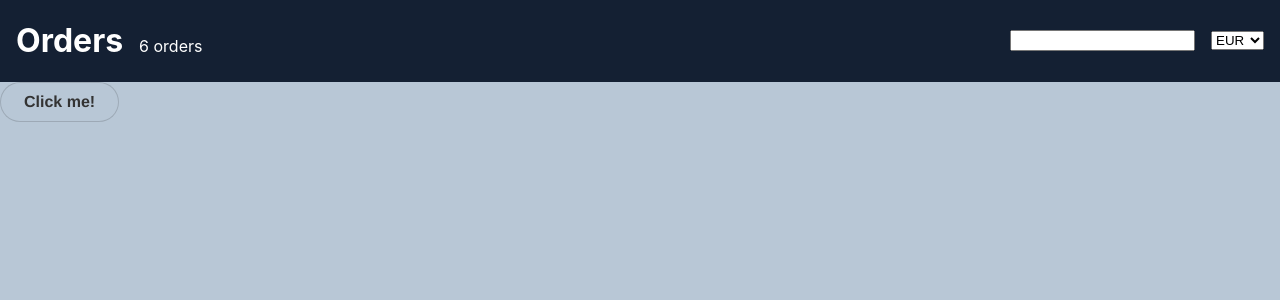
Repository: PreetiToppo/Assignment_Question_1
Page: /
These files come from the project's save history. The page is drawn as it stood at one moment and after the next save; the edit follows.
The browser window is 1280 px wide. The pictures show the whole page.
The project was rebuilt for these pictures with package versions that can differ from the ones it lists, and the page was loaded fresh each time. Also part of the build but not shown: src/component/list/ListRow.module.css, src/component/list/ListRow.jsx, src/component/list/ListRowCell.module.css, src/component/list/ListRowCell.jsx, src/component/list/ListHeader.jsx, src/component/list/ListHeaderCell.module.css, src/component/list/ListHeaderCell.jsx, src/component/list/List.module.css and 3 more.

Above is the page before, as saved 2023-08-06 14:44:41.

### src/pages/Dashboard.jsx
import { useState } from "react";

// Data
import mockData from "../assets/data.json";
import timestamps from "../assets/timeStamps.json";

// Components
import Dropdown from "../component/dropdown/Dropdown";
import HeaderTitle from "../component/header-title/HeaderTitle";
import Search from "../component/search/Search";
import List from "../component/list/List";
import StoryBookButton from "../stories/Button";

// Styles
import styles from "./Dashboard.module.css";
import Card from "../component/card/Card";

const Dashboard = () => {
  const [currency, setCurrency] = useState("EUR");
  const [searchText, setSearchText] = useState("");
  const [selectedOrder, setSelectedOrder] = useState(null);
  const [selectedOrderDetails, setSelectedOrderDetails] = useState({});
  const [selectedOrderTimeStamps, setSelectedOrderTimeStamps] = useState({});
  const [showPage, setShowPage] = useState(false);

  const mergedData = mockData.results.map((order, index) => {
    const timestampsData = timestamps.results[index]?.timestamps;
    if (timestampsData) {
      return { ...order, timestamps: timestampsData };
    }
    return order;
  });

  const handleClick = (order) => {
    setSelectedOrder(order);
    setSelectedOrderDetails({
      buySellIndicator: order.executionDetails.buySellIndicator,
      orderStatus: order.executionDetails.orderStatus,
      orderType: order.executionDetails.orderType,
    });

    setSelectedOrderTimeStamps({
      orderReceived: order.timestamps.orderReceived,
      orderStatusUpdated: order.timestamps.orderStatusUpdated,
      orderSubmitted: order.timestamps.orderSubmitted,
    });
  };

  const messageComponent = () => {
    alert("Hello World!");
    setShowPage(!showPage);
  };

  return (
    <div>
      <div className={styles.header}>
        <HeaderTitle
          primaryTitle="Orders"
          secondaryTitle={`${mockData.results.length}
          orders`}
        />
        <div className={styles.actionBox}>
          <Search
            value={searchText}
            onChange={(e) => setSearchText(e.target.value)}
          />
          <Dropdown
            options={[
              "GBP",
              "USD",
              "JPY",
              "EUR",
              "AUD",
              "BGN",
              "BRL",
              "CAD",
              "CHF",
              "CNY",
              "DKK",
              "HKD",
              "HRK",
              "HUF",
              "IDR",
              "ILS",
              "KRW",
              "MXN",
              "MYR",
              "NOL",
              "NZD",
              "PHP",
              "PLN",
              "RON",
              "SEK",
              "SGD",
              "THB",
              "TRY",
              "ZAR",
            ]}
            onChange={(e) => setCurrency(e.target.value)}
            selectedItem={currency}
          />
        </div>
      </div>
      {showPage ? (
        <div className={styles.content}>
          <div className={styles.section}>
            {selectedOrder && (
              <>
                <Card
                  cardData={selectedOrderDetails}
                  title="Selected Order Details"
                />
                <Card
                  cardData={selectedOrderTimeStamps}
                  title="Selected Order Timestamps"
                />
              </>
            )}
          </div>
          <List
            rows={mergedData}
            currency={currency}
            search={searchText}
            onItemClick={handleClick}
          />
        </div>
      ) : (
        <StoryBookButton
          primary={false}
          size="large"
          label="Click me!"
          onClick={messageComponent}
        />
      )}
    </div>
  );
};

export default Dashboard;

### src/assets/data.json
{
  "header": {
    "returnedHits": 6,
    "totalHits": 151839,
    "skippedHits": 0,
    "previousSearchBefore": null,
    "nextSearchAfter": "WzE2Njc1NzU1NjAwMDBd",
    "offset": null
  },
  "results": [
    {
      "&hash": "f29403974dbdc9ce054b879d572610359a9f3d2d2531df63df8233a2ea879c78",
      "&id": "SE|20221104|179|9:1:NEWO",
      "&key": "Order:SE|20221104|179|9:1:NEWO:1667901986951",
      "&model": "Order",
      "executionDetails": {
        "buySellIndicator": "BUYI",
        "orderStatus": "NEWO",
        "orderType": "Market"
      },
      "statsDetails": {
        "avgVsArrivalPrice": 0.0,
        "avgArrivalPrice": 0.0,
        "avgVsMktPrice": 0.0,
        "avgMktPrice": 0.0,
        "avgVsBidAskSpread": 0.0,
        "avgBidAskSpread": 0.0,
        "avgVsClosePrice": 0.0,
        "avgClosePrice": 0.0,
        "avgVsInternalTwap": 0.0,
        "avgInternalTwap": 0.0,
        "avgVsInternalVwap": 0.0,
        "avgInternalVwap": 0.0,
        "avgVsMidPrice": 0.0,
        "avgMidPrice": 0.0,
        "avgVsMovingVwap": 0.0,
        "avgMovingVwap": 0.0,
        "avgVsTouchPrice": 0.0,
        "avgTouchPrice": 0.0,
        "avgVsOpenPrice": 0.0,
        "avgOpenPrice": 0.0,
        "avgVsVwap": 0.0,
        "avgVwap": 0.0,
        "avgPrice": 91.369091993762,
        "tradedQuantity": 195875.0,
        "amends": 0,
        "fills": 1,
        "lifeCycle": 1,
        "lastFillTime": 1667575741000
      },
      "bestExecutionData": {
        "orderVolume": {
          "AUD": 27757268.61955961,
          "BGN": 35456642.91433263,
          "BRL": 90068357.36117567,
          "CAD": 24203990.159998715,
          "CHF": 17880604.819718923,
          "CNY": 128523532.2000561,
          "CZK": 442745747.64998025,
          "DKK": 134913994.73574597,
          "EUR": 18128971.732453536,
          "GBP": 15858861.892115705,
          "HKD": 140486840.6463022,
          "HRK": 136607240.69555715,
          "HUF": 7272437010.473736,
          "IDR": 280850585574.541,
          "ILS": 63569239.379848324,
          "INR": 1468809289.7633855,
          "JPY": 2632145405.834929,
          "KRW": 25338863790.45031,
          "MXN": 349183937.43596077,
          "MYR": 84974116.30435622,
          "NOK": 184949956.71731773,
          "NZD": 30400472.698151335,
          "PHP": 1045534057.7540603,
          "PLN": 84888910.13721369,
          "RON": 88637981.49148509,
          "SEK": 196768233.3897042,
          "SGD": 25182954.633551206,
          "THB": 669067830.7579302,
          "TRY": 333292080.815292,
          "USD": 17896920.89427813,
          "ZAR": 322664877.5857278
        }
      },
      "transactionDetails": {
        "buySellIndicator": "BUYI",
        "priceCurrency": "USD",
        "priceNotation": "MONE",
        "quantityCurrency": "USD",
        "quantityNotation": "UNIT",
        "tradingCapacity": "AOTC",
        "ultimateVenue": "XNGS",
        "venue": "XNGS"
      }
    },
    {
      "&hash": "f29403974dbdc9ce054b879d572610359a9f3d2d2531df63df8233a2ea879c78",
      "&id": "SE|20221104|180|9:1:NEWO",
      "&key": "Order:SE|20221104|180|9:1:NEWO:1667901986951",
      "&model": "Order",
      "executionDetails": {
        "buySellIndicator": "BUYI",
        "orderStatus": "NEWO",
        "orderType": "Market"
      },
      "statsDetails": {
        "avgVsArrivalPrice": 0.0,
        "avgArrivalPrice": 0.0,
        "avgVsMktPrice": 0.0,
        "avgMktPrice": 0.0,
        "avgVsBidAskSpread": 0.0,
        "avgBidAskSpread": 0.0,
        "avgVsClosePrice": 0.0,
        "avgClosePrice": 0.0,
        "avgVsInternalTwap": 0.0,
        "avgInternalTwap": 0.0,
        "avgVsInternalVwap": 0.0,
        "avgInternalVwap": 0.0,
        "avgVsMidPrice": 0.0,
        "avgMidPrice": 0.0,
        "avgVsMovingVwap": 0.0,
        "avgMovingVwap": 0.0,
        "avgVsTouchPrice": 0.0,
        "avgTouchPrice": 0.0,
        "avgVsOpenPrice": 0.0,
        "avgOpenPrice": 0.0,
        "avgVsVwap": 0.0,
        "avgVwap": 0.0,
        "avgPrice": 91.369091993762,
        "tradedQuantity": 195875.0,
        "amends": 0,
        "fills": 1,
        "lifeCycle": 1,
        "lastFillTime": 1667575741000
      },
      "bestExecutionData": {
        "orderVolume": {
          "AUD": 27757268.61955961,
          "BGN": 35456642.91433263,
          "BRL": 90068357.36117567,
          "CAD": 24203990.159998715,
          "CHF": 17880604.819718923,
          "CNY": 128523532.2000561,
          "CZK": 442745747.64998025,
          "DKK": 134913994.73574597,
          "EUR": 18128971.732453536,
          "GBP": 15858861.892115705,
          "HKD": 140486840.6463022,
          "HRK": 136607240.69555715,
          "HUF": 7272437010.473736,
          "IDR": 280850585574.541,
          "ILS": 63569239.379848324,
          "INR": 1468809289.7633855,
          "JPY": 2632145405.834929,
          "KRW": 25338863790.45031,
          "MXN": 349183937.43596077,
          "MYR": 84974116.30435622,
          "NOK": 184949956.71731773,
          "NZD": 30400472.698151335,
          "PHP": 1045534057.7540603,
          "PLN": 84888910.13721369,
          "RON": 88637981.49148509,
          "SEK": 196768233.3897042,
          "SGD": 25182954.633551206,
          "THB": 669067830.7579302,
          "TRY": 333292080.815292,
          "USD": 17896920.89427813,
          "ZAR": 322664877.5857278
        }
      },
      "transactionDetails": {
        "buySellIndicator": "BUYI",
        "priceCurrency": "USD",
        "priceNotation": "MONE",
        "quantityCurrency": "USD",
        "quantityNotation": "UNIT",
        "tradingCapacity": "AOTC",
        "ultimateVenue": "XNGS",
        "venue": "XNGS"
      }
    },
    {
      "&hash": "f29403974dbdc9ce054b879d572610359a9f3d2d2531df63df8233a2ea879c78",
      "&id": "SE|20221104|181|9:1:NEWO",
      "&key": "Order:SE|20221104|181|9:1:NEWO:1667901986951",
      "&model": "Order",
      "executionDetails": {
        "buySellIndicator": "BUYI",
        "orderStatus": "NEWO",
        "orderType": "Market"
      },
      "statsDetails": {
        "avgVsArrivalPrice": 0.0,
        "avgArrivalPrice": 0.0,
        "avgVsMktPrice": 0.0,
        "avgMktPrice": 0.0,
        "avgVsBidAskSpread": 0.0,
        "avgBidAskSpread": 0.0,
        "avgVsClosePrice": 0.0,
        "avgClosePrice": 0.0,
        "avgVsInternalTwap": 0.0,
        "avgInternalTwap": 0.0,
        "avgVsInternalVwap": 0.0,
        "avgInternalVwap": 0.0,
        "avgVsMidPrice": 0.0,
        "avgMidPrice": 0.0,
        "avgVsMovingVwap": 0.0,
        "avgMovingVwap": 0.0,
        "avgVsTouchPrice": 0.0,
        "avgTouchPrice": 0.0,
        "avgVsOpenPrice": 0.0,
        "avgOpenPrice": 0.0,
        "avgVsVwap": 0.0,
        "avgVwap": 0.0,
        "avgPrice": 91.369091993762,
        "tradedQuantity": 195875.0,
        "amends": 0,
        "fills": 1,
        "lifeCycle": 1,
        "lastFillTime": 1667575741000
      },
      "bestExecutionData": {
        "orderVolume": {
          "AUD": 27757268.61955961,
          "BGN": 35456642.91433263,
          "BRL": 90068357.36117567,
          "CAD": 24203990.159998715,
          "CHF": 17880604.819718923,
          "CNY": 128523532.2000561,
          "CZK": 442745747.64998025,
          "DKK": 134913994.73574597,
          "EUR": 18128971.732453536,
          "GBP": 15858861.892115705,
          "HKD": 140486840.6463022,
          "HRK": 136607240.69555715,
          "HUF": 7272437010.473736,
          "IDR": 280850585574.541,
          "ILS": 63569239.379848324,
          "INR": 1468809289.7633855,
          "JPY": 2632145405.834929,
          "KRW": 25338863790.45031,
          "MXN": 349183937.43596077,
          "MYR": 84974116.30435622,
          "NOK": 184949956.71731773,
          "NZD": 30400472.698151335,
          "PHP": 1045534057.7540603,
          "PLN": 84888910.13721369,
          "RON": 88637981.49148509,
          "SEK": 196768233.3897042,
          "SGD": 25182954.633551206,
          "THB": 669067830.7579302,
          "TRY": 333292080.815292,
          "USD": 17896920.89427813,
          "ZAR": 322664877.5857278
        }
      },
      "transactionDetails": {
        "buySellIndicator": "BUYI",
        "priceCurrency": "USD",
        "priceNotation": "MONE",
        "quantityCurrency": "USD",
        "quantityNotation": "UNIT",
        "tradingCapacity": "AOTC",
        "ultimateVenue": "XNGS",
        "venue": "XNGS"
      }
    },
    {
      "&hash": "f29403974dbdc9ce054b879d572610359a9f3d2d2531df63df8233a2ea879c78",
      "&id": "SE|20221104|182|9:1:NEWO",
      "&key": "Order:SE|20221104|182|9:1:NEWO:1667901986951",
      "&model": "Order",
      "executionDetails": {
        "buySellIndicator": "BUYI",
        "orderStatus": "NEWO",
        "orderType": "Market"
      },
      "statsDetails": {
        "avgVsArrivalPrice": 0.0,
        "avgArrivalPrice": 0.0,
        "avgVsMktPrice": 0.0,
        "avgMktPrice": 0.0,
        "avgVsBidAskSpread": 0.0,
        "avgBidAskSpread": 0.0,
        "avgVsClosePrice": 0.0,
        "avgClosePrice": 0.0,
        "avgVsInternalTwap": 0.0,
        "avgInternalTwap": 0.0,
        "avgVsInternalVwap": 0.0,
        "avgInternalVwap": 0.0,
        "avgVsMidPrice": 0.0,
        "avgMidPrice": 0.0,
        "avgVsMovingVwap": 0.0,
        "avgMovingVwap": 0.0,
        "avgVsTouchPrice": 0.0,
        "avgTouchPrice": 0.0,
        "avgVsOpenPrice": 0.0,
        "avgOpenPrice": 0.0,
        "avgVsVwap": 0.0,
        "avgVwap": 0.0,
        "avgPrice": 91.369091993762,
        "tradedQuantity": 195875.0,
        "amends": 0,
        "fills": 1,
        "lifeCycle": 1,
        "lastFillTime": 1667575741000
      },
      "bestExecutionData": {
        "orderVolume": {
          "AUD": 27757268.61955961,
          "BGN": 35456642.91433263,
          "BRL": 90068357.36117567,
          "CAD": 24203990.159998715,
          "CHF": 17880604.819718923,
          "CNY": 128523532.2000561,
          "CZK": 442745747.64998025,
          "DKK": 134913994.73574597,
          "EUR": 18128971.732453536,
          "GBP": 15858861.892115705,
          "HKD": 140486840.6463022,
          "HRK": 136607240.69555715,
          "HUF": 7272437010.473736,
          "IDR": 280850585574.541,
          "ILS": 63569239.379848324,
          "INR": 1468809289.7633855,
          "JPY": 2632145405.834929,
          "KRW": 25338863790.45031,
          "MXN": 349183937.43596077,
          "MYR": 84974116.30435622,
          "NOK": 184949956.71731773,
          "NZD": 30400472.698151335,
          "PHP": 1045534057.7540603,
          "PLN": 84888910.13721369,
          "RON": 88637981.49148509,
          "SEK": 196768233.3897042,
          "SGD": 25182954.633551206,
          "THB": 669067830.7579302,
          "TRY": 333292080.815292,
          "USD": 17896920.89427813,
          "ZAR": 322664877.5857278
        }
      },
      "transactionDetails": {
        "buySellIndicator": "BUYI",
        "priceCurrency": "USD",
        "priceNotation": "MONE",
        "quantityCurrency": "USD",
        "quantityNotation": "UNIT",
        "tradingCapacity": "AOTC",
        "ultimateVenue": "XNGS",
        "venue": "XNGS"
      }
    },
    {
      "&hash": "f29403974dbdc9ce054b879d572610359a9f3d2d2531df63df8233a2ea879c78",
      "&id": "SE|20221104|183|9:1:NEWO",
      "&key": "Order:SE|20221104|183|9:1:NEWO:1667901986951",
      "&model": "Order",
      "executionDetails": {
        "buySellIndicator": "BUYI",
        "orderStatus": "NEWO",
        "orderType": "Market"
      },
      "statsDetails": {
        "avgVsArrivalPrice": 0.0,
        "avgArrivalPrice": 0.0,
        "avgVsMktPrice": 0.0,
        "avgMktPrice": 0.0,
        "avgVsBidAskSpread": 0.0,
        "avgBidAskSpread": 0.0,
        "avgVsClosePrice": 0.0,
        "avgClosePrice": 0.0,
        "avgVsInternalTwap": 0.0,
        "avgInternalTwap": 0.0,
        "avgVsInternalVwap": 0.0,
        "avgInternalVwap": 0.0,
        "avgVsMidPrice": 0.0,
        "avgMidPrice": 0.0,
        "avgVsMovingVwap": 0.0,
        "avgMovingVwap": 0.0,
        "avgVsTouchPrice": 0.0,
        "avgTouchPrice": 0.0,
        "avgVsOpenPrice": 0.0,
        "avgOpenPrice": 0.0,
        "avgVsVwap": 0.0,
        "avgVwap": 0.0,
        "avgPrice": 91.369091993762,
        "tradedQuantity": 195875.0,
        "amends": 0,
        "fills": 1,
        "lifeCycle": 1,
        "lastFillTime": 1667575741000
      },
      "bestExecutionData": {
        "orderVolume": {
          "AUD": 27757268.61955961,
          "BGN": 35456642.91433263,
          "BRL": 90068357.36117567,
          "CAD": 24203990.159998715,
          "CHF": 17880604.819718923,
          "CNY": 128523532.2000561,
          "CZK": 442745747.64998025,
          "DKK": 134913994.73574597,
          "EUR": 18128971.732453536,
          "GBP": 15858861.892115705,
          "HKD": 140486840.6463022,
          "HRK": 136607240.69555715,
          "HUF": 7272437010.473736,
          "IDR": 280850585574.541,
          "ILS": 63569239.379848324,
          "INR": 1468809289.7633855,
          "JPY": 2632145405.834929,
          "KRW": 25338863790.45031,
          "MXN": 349183937.43596077,
          "MYR": 84974116.30435622,
          "NOK": 184949956.71731773,
          "NZD": 30400472.698151335,
          "PHP": 1045534057.7540603,
          "PLN": 84888910.13721369,
          "RON": 88637981.49148509,
          "SEK": 196768233.3897042,
          "SGD": 25182954.633551206,
          "THB": 669067830.7579302,
          "TRY": 333292080.815292,
          "USD": 17896920.89427813,
          "ZAR": 322664877.5857278
        }
      },
      "transactionDetails": {
        "buySellIndicator": "BUYI",
        "priceCurrency": "USD",
        "priceNotation": "MONE",
        "quantityCurrency": "USD",
        "quantityNotation": "UNIT",
        "tradingCapacity": "AOTC",
        "ultimateVenue": "XNGS",
        "venue": "XNGS"
      }
    },
    {
      "&hash": "f29403974dbdc9ce054b879d572610359a9f3d2d2531df63df8233a2ea879c78",
      "&id": "SE|202211454|184|9:1:NEWO",
      "&key": "Order:SE|20221104|184|9:1:NEWO:1667901986951",
      "&model": "Order",
      "executionDetails": {
        "buySellIndicator": "SELL",
        "orderStatus": "NEWO",
        "orderType": "Market"
      },
      "statsDetails": {
        "avgVsArrivalPrice": 0.0,
        "avgArrivalPrice": 0.0,
        "avgVsMktPrice": 0.0,
        "avgMktPrice": 0.0,
        "avgVsBidAskSpread": 0.0,
        "avgBidAskSpread": 0.0,
        "avgVsClosePrice": 0.0,
        "avgClosePrice": 0.0,
        "avgVsInternalTwap": 0.0,
        "avgInternalTwap": 0.0,
        "avgVsInternalVwap": 0.0,
        "avgInternalVwap": 0.0,
        "avgVsMidPrice": 0.0,
        "avgMidPrice": 0.0,
        "avgVsMovingVwap": 0.0,
        "avgMovingVwap": 0.0,
        "avgVsTouchPrice": 0.0,
        "avgTouchPrice": 0.0,
        "avgVsOpenPrice": 0.0,
        "avgOpenPrice": 0.0,
        "avgVsVwap": 0.0,
        "avgVwap": 0.0,
        "avgPrice": 91.369091993762,
        "tradedQuantity": 195875.0,
        "amends": 0,
        "fills": 1,
        "lifeCycle": 1,
        "lastFillTime": 1667575741000
      },
      "bestExecutionData": {
        "orderVolume": {
          "AUD": 27757268.61955961,
          "BGN": 35456642.91433263,
          "BRL": 90068357.36117567,
          "CAD": 24203990.159998715,
          "CHF": 17880604.819718923,
          "CNY": 128523532.2000561,
          "CZK": 442745747.64998025,
          "DKK": 134913994.73574597,
          "EUR": 18128971.732453536,
          "GBP": 15858861.892115705,
          "HKD": 140486840.6463022,
          "HRK": 136607240.69555715,
          "HUF": 7272437010.473736,
          "IDR": 280850585574.541,
          "ILS": 63569239.379848324,
          "INR": 1468809289.7633855,
          "JPY": 2632145405.834929,
          "KRW": 25338863790.45031,
          "MXN": 349183937.43596077,
          "MYR": 84974116.30435622,
          "NOK": 184949956.71731773,
          "NZD": 30400472.698151335,
          "PHP": 1045534057.7540603,
          "PLN": 84888910.13721369,
          "RON": 88637981.49148509,
          "SEK": 196768233.3897042,
          "SGD": 25182954.633551206,
          "THB": 669067830.7579302,
          "TRY": 333292080.815292,
          "USD": 17896920.89427813,
          "ZAR": 322664877.5857278
        }
      },
      "transactionDetails": {
        "buySellIndicator": "BUYI",
        "priceCurrency": "USD",
        "priceNotation": "MONE",
        "quantityCurrency": "USD",
        "quantityNotation": "UNIT",
        "tradingCapacity": "AOTC",
        "ultimateVenue": "XNGS",
        "venue": "XNGS"
      }
    }
  ]
}

### src/assets/timeStamps.json
{
  "results": [
    {
      "&id": "SE|20221104|179|9:1:NEWO",
      "timestamps": {
        "orderReceived": "2022-11-04T15:29:00Z",
        "orderStatusUpdated": "2022-11-04T15:29:00Z",
        "orderSubmitted": "2022-11-04T15:29:00Z"
      }
    },
    {
      "&id": "SE|20221104|180|9:1:NEWO",
      "timestamps": {
        "orderReceived": "2022-11-04T15:29:00Z",
        "orderStatusUpdated": "2022-11-04T15:29:00Z",
        "orderSubmitted": "2022-11-04T15:29:00Z"
      }
    },
    {
      "&id": "SE|20221104|181|9:1:NEWO",
      "timestamps": {
        "orderReceived": "2022-11-04T15:29:00Z",
        "orderStatusUpdated": "2022-11-04T15:29:00Z",
        "orderSubmitted": "2022-11-04T15:29:00Z"
      }
    },
    {
      "&id": "SE|20221104|182|9:1:NEWO",
      "timestamps": {
        "orderReceived": "2022-11-04T15:29:00Z",
        "orderStatusUpdated": "2022-11-04T15:29:00Z",
        "orderSubmitted": "2022-11-04T15:29:00Z"
      }
    },
    {
      "&id": "SE|20221104|183|9:1:NEWO",
      "timestamps": {
        "orderReceived": "2022-11-04T15:29:00Z",
        "orderStatusUpdated": "2022-11-04T15:29:00Z",
        "orderSubmitted": "2022-11-04T15:29:00Z"
      }
    },
    {
      "&id": "SE|202211454|184|9:1:NEWO",
      "timestamps": {
        "orderReceived": "2022-11-04T15:29:00Z",
        "orderStatusUpdated": "2022-11-04T15:29:00Z",
        "orderSubmitted": "2022-11-04T15:29:00Z"
      }
    }
  ]
}

### src/component/dropdown/Dropdown.jsx
const Dropdown = ({ options, onChange, selectedItem }) => {
  return (
    <select
      name="currency"
      id="currency"
      value={selectedItem}
      onChange={onChange}
    >
      {options.map((option) => (
        <option value={option} key={option}>
          {option}
        </option>
      ))}
    </select>
  );
};

export default Dropdown;

### src/component/search/Search.jsx
const Search = ({ searchText, onChange }) => {
  return <input type="text" value={searchText} onChange={onChange} />
}

export default Search

### src/stories/Button.jsx
import React from "react";
import PropTypes from "prop-types";
import "./button.css";

/**
 * Primary UI component for user interaction
 */
export const Button = ({ primary, backgroundColor, size, label, ...props }) => {
  const mode = primary
    ? "storybook-button--primary"
    : "storybook-button--secondary";
  return (
    <button
      type="button"
      className={["storybook-button", `storybook-button--${size}`, mode].join(
        " "
      )}
      style={backgroundColor && { backgroundColor }}
      {...props}
    >
      {label}
    </button>
  );
};

Button.propTypes = {
  /**
   * Is this the principal call to action on the page?
   */
  primary: PropTypes.bool,
  /**
   * What background color to use
   */
  backgroundColor: PropTypes.string,
  /**
   * How large should the button be?
   */
  size: PropTypes.oneOf(["small", "medium", "large"]),
  /**
   * Button contents
   */
  label: PropTypes.string.isRequired,
  /**
   * Optional click handler
   */
  onClick: PropTypes.func,
};

Button.defaultProps = {
  backgroundColor: null,
  primary: false,
  size: "medium",
  onClick: undefined,
};

export default Button;

### src/pages/Dashboard.module.css
.header {
  display: flex;
  padding: 0 1em;
  background-color: #142033;
  color: white;
  justify-content: space-between;
}

.actionBox {
  display: flex;
  justify-content: center;
  align-items: center;
  gap: 1em;
}

.content {
  display: flex;
  flex-direction: column;
  background-color: rgb(184, 199, 214);
  gap: 1em;
  margin: 1em;
}

.section {
  display: flex;
  flex-direction: row;
  gap: 1em;
}

.toggleButton {
  display: flex;
  justify-content: center;
  align-items: center;
  margin: 20% 20%;
}

Loaded but not shown: public/index.html (common file); src/index.js (common file); src/App.js (common file); src/reportWebVitals.js (common file); src/index.css (common file); src/component/header-title/HeaderTitle.jsx (common file); src/component/header-title/HeaderTitle.module.css (common file); src/stories/button.css (common file)

After the next save:
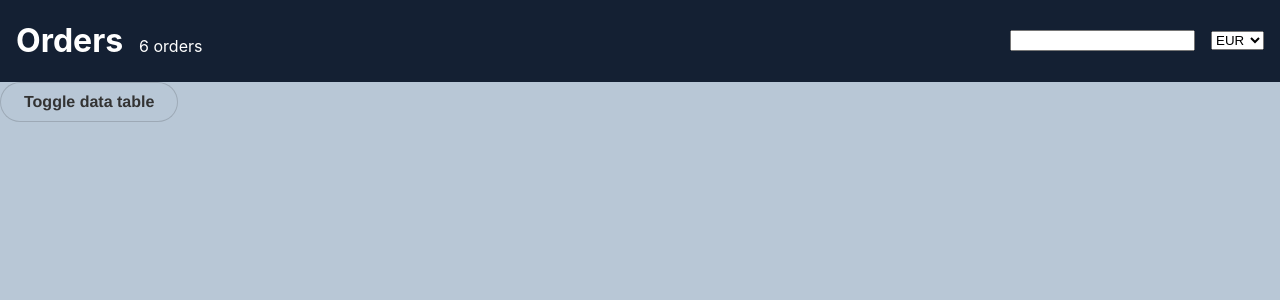
Saved 48 s later.
--- a/src/pages/Dashboard.jsx
+++ b/src/pages/Dashboard.jsx
@@ -128,7 +128,7 @@ const Dashboard = () => {
         <StoryBookButton
           primary={false}
           size="large"
-          label="Click me!"
+          label="Toggle data table"
           onClick={messageComponent}
         />
       )}
